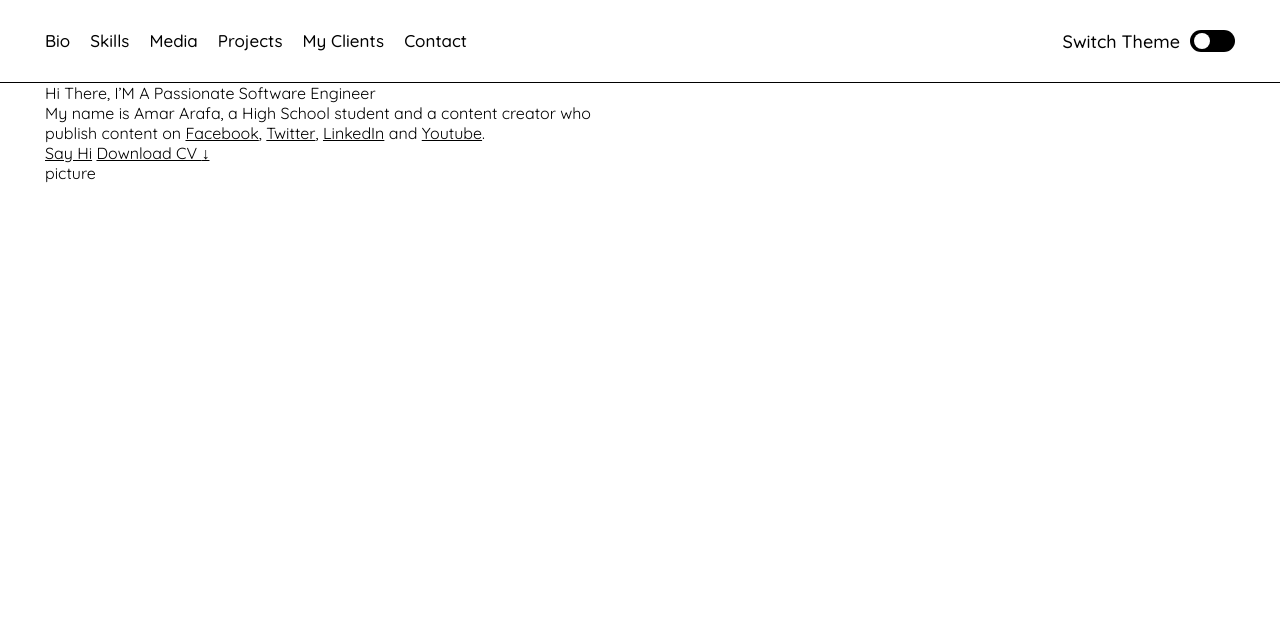
Repository: benarafa1/personal-website
Page: index.html
These files come from the project's save history. The page is drawn as it stood at one moment and after the next save; the edit follows.
The browser window is 1280 px wide. The pictures show the whole page.

Above is the page before, as saved 2025-04-12 06:11:00.

### index.html
<!DOCTYPE html>
<html lang="en">
  <head>
    <meta charset="UTF-8" />
    <meta name="viewport" content="width=device-width, initial-scale=1.0" />
    <link rel="preconnect" href="https://fonts.googleapis.com" />
    <link rel="preconnect" href="https://fonts.gstatic.com" crossorigin />
    <link
      href="https://fonts.googleapis.com/css2?family=Quicksand:wght@300..700&
      family=Roboto:ital,wght@0,100;0,300;0,400;0,500;0,700;0,900;1,100;1,300;1,400;1,500;1,700;1,900&display=swap"
      rel="stylesheet"
    />
    <link rel="stylesheet" href="style.css" />
    <title>Amar Arafa</title>
  </head>

  <body>
    <div class="container">
      <header class="header">
        <nav class="navigation">
          <ul class="navigation__list">
            <li><a class="navigation__link" href="#">Bio</a></li>
            <li><a class="navigation__link" href="#">Skills</a></li>
            <li><a class="navigation__link" href="#">Media</a></li>
            <li><a class="navigation__link" href="#">Projects</a></li>
            <li><a class="navigation__link" href="#">My Clients</a></li>
            <li><a class="navigation__link" href="#">Contact</a></li>
          </ul>
        </nav>
        <div class="toggle">
          <h3 class="toggle__title">Switch Theme</h3>
          <input
            type="checkbox"
            name="toggle__checkbox"
            id="checkbox"
            class="toggle__checkbox"
          />
          <label for="checkbox" class="toggle__label"></label>
        </div>
      </header>
      <section class="bio section">
        <div class="bio__data-part">
          <h1 class="bio__heading">
            Hi There, I’M A Passionate Software Engineer
          </h1>
          <p class="bio__objevtive">
            My name is <span class="bio__name">Amar Arafa</span>, a High School
            student and a content creator who publish content on
            <a href="#" class="bio__Facebook">Facebook</a>,
            <a href="#" class="bio__Twitter">Twitter</a>,
            <a href="#" class="bio__LinkedIn">LinkedIn</a> and
            <a href="#" class="bio__Youtube">Youtube</a>.
          </p>
          <a href="#" class="bio__links say-hi-link">Say Hi</a>
          <a href="#" class="bio__links download-cv-link"
            >Download CV <span class="bio__arrow">↓</span></a
          >

          <div class="bio__pic-part">picture</div>
        </div>
      </section>
    </div>
  </body>
</html>

### style.css
:root {
  --container-width: 119rem;
  --gutter: 2rem;
  --color-black: #000;
  --color-white: #fff;
  --color-blue: #2374e1;
  --color-light-blue: #1d9bf0;
  --color-dark-blue: #0a66c2;
  --color-darker-blue: #143ce8;
  --color-red: #ff0000;
  --color-green: #03a696;
  --color-grey: #f6f6f6;
  --color-dark-green: #42959b;
  --color-background: var(--color-white);
  --color-text: var(--color-black);
  --color-box-img: var(--color-black);
  --color-link-bg: var(--color-black);
  --color-input-border: var(--color-black);
  --font-family-Roboto: "Roboto", sans-serif;
  --font-family-Quicksand: "Quicksand", sans-serif;
  --font-weight-regular: 400;
  --font-weight-medium: 500;
  --font-weight-semi-bold: 600;
  --font-weight-bold: 700;
  --font-size-70: 7rem;
  --font-size-65: 6.5rem;
  --font-size-40: 4rem;
  --font-size-38: 3.8rem;
  --font-size-24: 2.4rem;
  --font-size-22: 2.2rem;
  --font-size-20: 2rem;
  --font-size-18: 1.8rem;
  --font-size-15: 1.5rem;
  --transition-timing: 0.3s;
}

/* start CSS Reset */
*,
*::before,
*::after {
  box-sizing: border-box;
  margin: 0;
  padding: 0;
  font: inherit;
}

a {
  color: inherit;
  display: inline-block;
}

button {
  background-color: transparent;
  border: none;
  cursor: pointer;
}

ul,
ol {
  list-style: none;
}
/* end CSS Reset */

body {
  font-size: 1.6rem;
  font-family: var(--font-family-Quicksand);
}

html {
  font-size: 62.5%;
  scroll-behavior: smooth;
  scroll-padding-top: 11rem;
}

.container {
  margin: 0 auto;
  width: var(--container-width);
}

.navigation__list {
  display: flex;
  gap: 2rem;
}
.navigation__link:link,
.navigation__link:visited {
  font-weight: var(--font-weight-medium);
  text-decoration: none;
  font-size: 1.7rem;
}

.navigation__link:hover,
.navigation__link:active {
  text-decoration: underline;
}

.header {
  position: relative;
  padding: 3rem 0;
  display: flex;
  justify-content: center;
}
.header::before {
  content: "";
  position: absolute;
  height: 100%;
  width: 100vw;
  top: 0;
  z-index: -1;
  border-bottom: 0.1rem solid var(--color-input-border);
}

/* toggle start */
.toggle {
  display: flex;
  gap: 1rem;
  margin-left: auto;
}
.toggle__title {
  font-weight: var(--font-weight-medium);
  font-size: var(--font-size-18);
}
.toggle__checkbox {
  display: none;
}

.toggle__label {
  display: block;
  width: 4.5rem;
  height: 2.2rem;
  border-radius: 1.5rem;
  background-color: var(--color-black);
  cursor: pointer;
  padding: 0.3rem 0.4rem;
  transition: var(--transition-timing);
}

.toggle__label::before {
  content: "";
  display: block;
  width: 1.6rem;
  height: 1.6rem;
  border-radius: 50%;
  background-color: var(--color-white);
  transition: var(--transition-timing);
}

.toggle__checkbox:checked + .toggle__label {
  background-color: var(--color-white);
}
.toggle__checkbox:checked + .toggle__label::before {
  background-color: var(--color-black);
  transform: translateX(2.1rem);
}
/* toggle end */
.section {
  display: grid;
  align-items: start;
}
/* bio component start */
.bio {
  grid-template-columns: repeat(2, 1fr);
  gap: ;
}
/* bio component end */

After the next save:
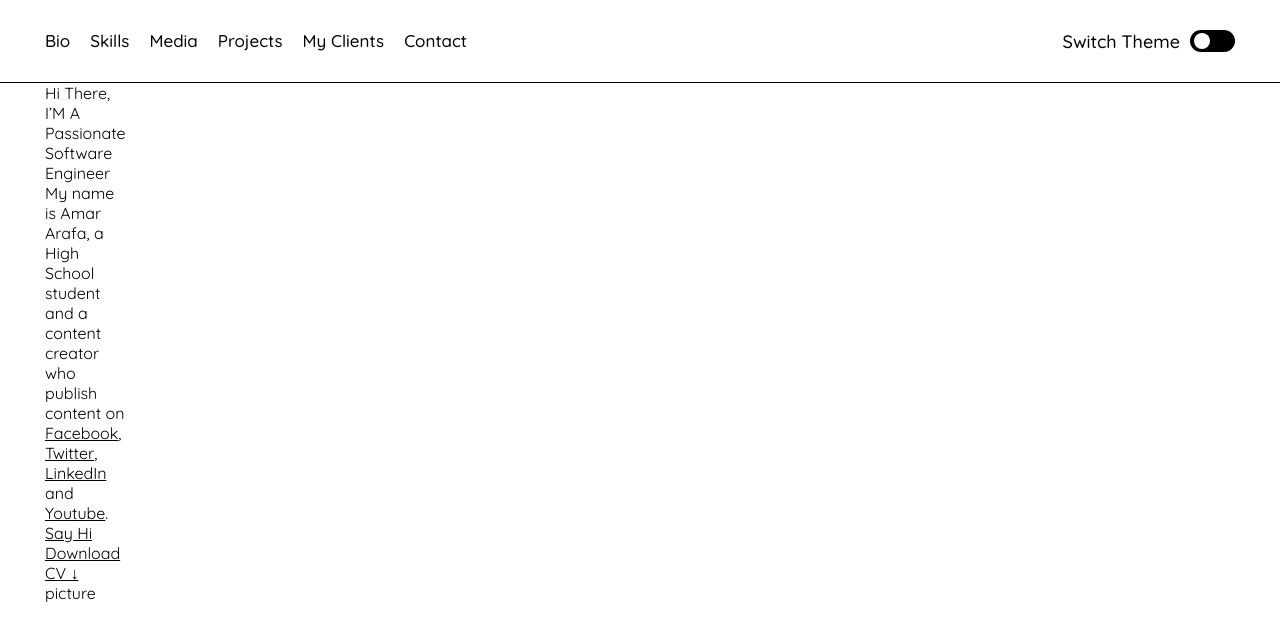
Saved 13 min 11 s later.
--- a/style.css
+++ b/style.css
@@ -159,6 +159,6 @@
 /* bio component start */
 .bio {
   grid-template-columns: repeat(2, 1fr);
-  gap: ;
+  gap: 704rem;
 }
 /* bio component end */

After the save that followed:
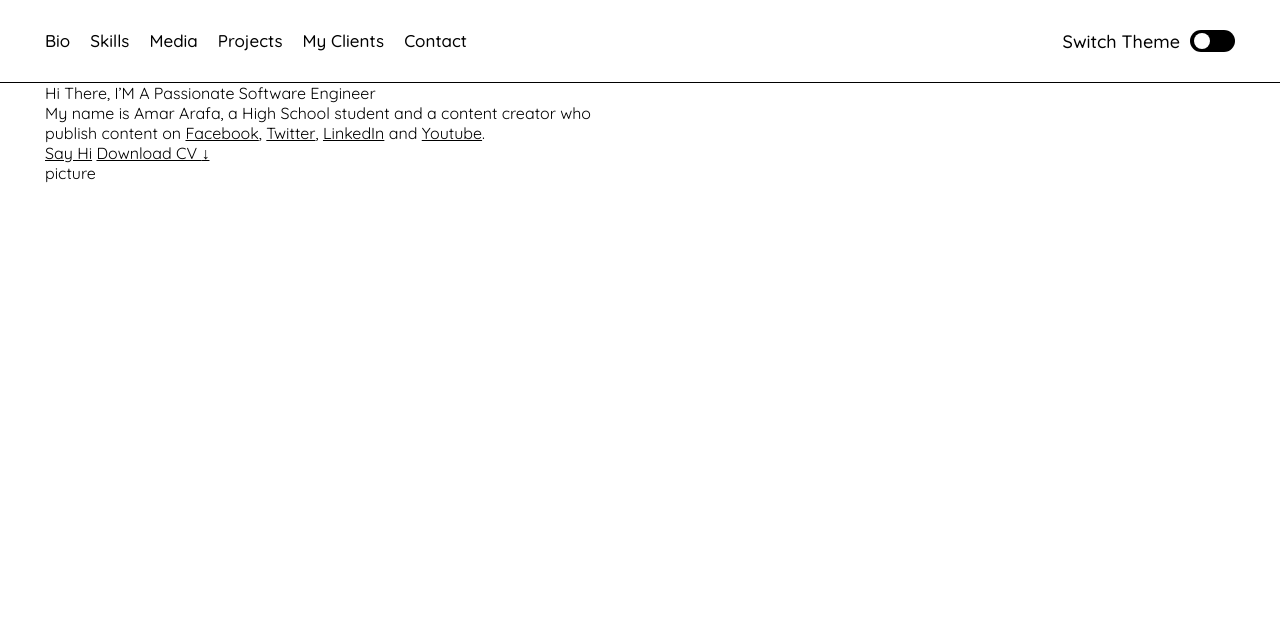
Saved 10 s later.
--- a/style.css
+++ b/style.css
@@ -159,6 +159,6 @@
 /* bio component start */
 .bio {
   grid-template-columns: repeat(2, 1fr);
-  gap: 704rem;
+  gap: 7.4rem;
 }
 /* bio component end */
